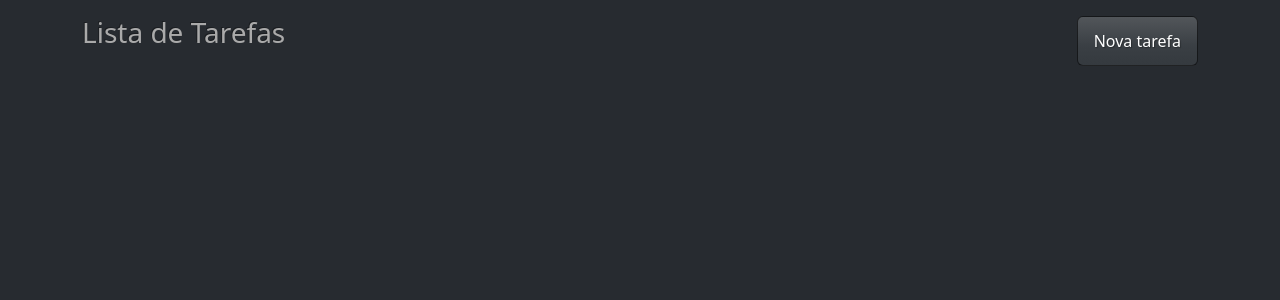
Repository: cargugati/lista_tarefas
Page: frontEnd/index.html
These files come from the project's save history. The page is drawn as it stood at one moment and after the next save; the edit follows.
The browser window is 1280 px wide. The pictures show the whole page.

Above is the page before, as saved 2023-03-16 10:06:05.

### frontEnd/index.html
<!DOCTYPE html>
<html lang="pt-br">

<head>
  <meta charset="UTF-8">
  <meta http-equiv="X-UA-Compatible" content="IE=edge">
  <meta name="viewport" content="width=device-width, initial-scale=1.0">
  <title>Lista de Tarefas</title>
  <link rel="stylesheet" href="/assets/css/bootstrap.min.css">
  <link rel="stylesheet" href="/assets/fontawesome/css/all.min.css">
  <link rel="shortcut icon" href="/assets/images/favicon.png" type="image/png">
</head>

<body>
  <div class="container my-3">
    <div class="row">
      <div class="col">
        <h3>Lista de Tarefas</h3>
      </div>
      <div class="col text-end">
        <a href="new_task.html" class="btn btn-primary"<i class="fa-solid fa-plus"></i>Nova tarefa</a>
      </div>
    </div>
  </div>


  <script src="assets/js/bootstrap.bundle.min.js"></script>
</body>

</html>

Loaded but not shown: frontEnd/assets/css/bootstrap.min.css (library); frontEnd/assets/fontawesome/css/all.min.css (library); frontEnd/assets/js/bootstrap.bundle.min.js (library)

After the next save:
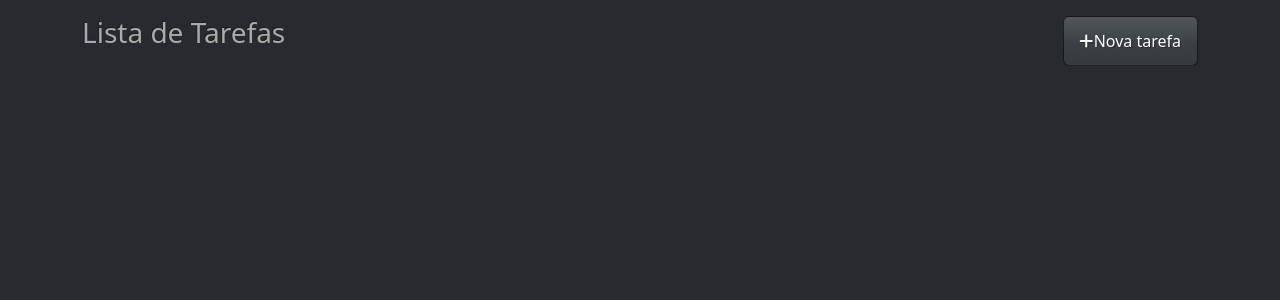
Saved 4 s later.
--- a/frontEnd/index.html
+++ b/frontEnd/index.html
@@ -18,7 +18,7 @@
         <h3>Lista de Tarefas</h3>
       </div>
       <div class="col text-end">
-        <a href="new_task.html" class="btn btn-primary"<i class="fa-solid fa-plus"></i>Nova tarefa</a>
+        <a href="new_task.html" class="btn btn-primary"><i class="fa-solid fa-plus"></i>Nova tarefa</a>
       </div>
     </div>
   </div>
